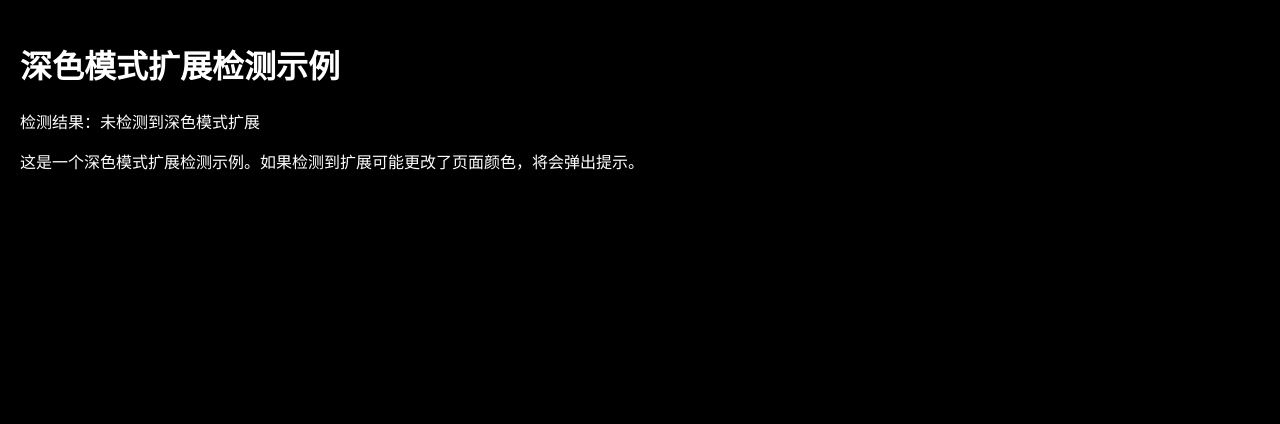
Repository: Lisu-Liso/GXCC
Page: test.html
The author's editor kept a copy of each file at every save. The page is drawn from the files as they stood at one save, then again after the next save.
The browser window is 1280 px wide. The pictures show the whole page.

Above is the page before, as saved 2024-10-27 12:49:25.

### test.html
<!DOCTYPE html>
<html lang="zh">
<head>
    <meta charset="UTF-8">
    <meta name="viewport" content="width=device-width, initial-scale=1.0">
    <title>深色模式扩展检测示例</title>
    <script src="checkdarkmode.js"></script>
    <style>
        body, html {
            margin: 0;
            padding: 0;
            height: 100%;
            overflow: hidden;
            background-color: black;
        }
        #bgCanvas {
            position: fixed;
            top: 0;
            left: 0;
            z-index: -1;
        }
        .content {
            position: relative;
            z-index: 1;
            color: white;
            padding: 20px;
            font-family: Arial, sans-serif;
        }
        @keyframes fadeIn {
            from { opacity: 0; }
            to { opacity: 1; }
        }
        @keyframes slideIn {
            from { transform: translateY(-50px); opacity: 0; }
            to { transform: translateY(0); opacity: 1; }
        }
        .overlay {
            position: fixed;
            top: 0;
            left: 0;
            width: 100%;
            height: 100%;
            background-color: rgba(0, 0, 0, 0.7);
            display: flex;
            justify-content: center;
            align-items: center;
            z-index: 1000;
            animation: fadeIn 0.3s ease-out;
        }
        .modal {
            background-color: white;
            padding: 20px;
            border-radius: 5px;
            text-align: center;
            animation: slideIn 0.3s ease-out;
            color: black;
        }
        .modal button {
            margin-top: 10px;
            padding: 5px 10px;
            cursor: pointer;
            transition: background-color 0.3s, transform 0.1s;
        }
        .modal button:hover {
            background-color: #f0f0f0;
        }
        .modal button:active {
            transform: scale(0.98);
        }
    </style>
</head>
<body>
    <canvas id="bgCanvas"></canvas>
    <div class="content">
        <h1>深色模式扩展检测示例</h1>
        <p>检测结果：<span id="result">正在检测...</span></p>
        <p>这是一个深色模式扩展检测示例。如果检测到扩展可能更改了页面颜色，将会弹出提示。</p>
    </div>

    <script>
        document.addEventListener('DOMContentLoaded', () => {
            // 星空背景代码
            const canvas = document.getElementById('bgCanvas');
            const ctx = canvas.getContext('2d');

            canvas.width = window.innerWidth;
            canvas.height = window.innerHeight;

            const stars = [];

            function Star(x, y, radius, color, speed) {
                this.x = x;
                this.y = y;
                this.radius = radius;
                this.color = color;
                this.speed = speed;
            }

            function init() {
                for (let i = 0; i < 200; i++) {
                    const x = Math.random() * canvas.width;
                    const y = Math.random() * canvas.height;
                    const radius = Math.random() * 2;
                    const color = 'white';
                    const speed = Math.random() * 0.5;

                    stars.push(new Star(x, y, radius, color, speed));
                }
            }

            function drawStars() {
                ctx.clearRect(0, 0, canvas.width, canvas.height);
                ctx.fillStyle = 'rgba(0, 0, 0, 0.8)'; // 深色背景
                ctx.fillRect(0, 0, canvas.width, canvas.height);

                for (let i = 0; i < stars.length; i++) {
                    const star = stars[i];

                    ctx.beginPath();
                    ctx.arc(star.x, star.y, star.radius, 0, Math.PI * 2);
                    ctx.fillStyle = star.color;
                    ctx.fill();
                }
            }

            function updateStars() {
                for (let i = 0; i < stars.length; i++) {
                    const star = stars[i];

                    star.x += star.speed;

                    if (star.x > canvas.width) {
                        star.x = 0;
                    }
                }
            }

            function animate() {
                requestAnimationFrame(animate);

                drawStars();
                updateStars();
            }

            init();
            animate();

            // 深色模式检测代码
            checkDarkModeExtension((isDarkMode) => {
                const resultElement = document.getElementById('result');
                if (isDarkMode) {
                    resultElement.textContent = '检测到可能有深色模式扩展在运行';
                    showDarkModeWarning();
                } else {
                    resultElement.textContent = '未检测到深色模式扩展';
                }
            });
        });

        function showDarkModeWarning() {
            const overlay = document.createElement('div');
            overlay.className = 'overlay';

            const modal = document.createElement('div');
            modal.className = 'modal';
            modal.innerHTML = `
                <h2>检测到深色模式扩展</h2>
                <p>我们检测到您正在使用深色模式扩展。为了获得最佳体验，请关闭该扩展，然后刷新页面。</p>
                <button onclick="refreshPage()">刷新页面</button>
            `;

            overlay.appendChild(modal);
            document.body.appendChild(overlay);
        }

        function refreshPage() {
            location.reload();
        }
    </script>
</body>
</html>

### checkdarkmode.js
function checkDarkModeExtension(callback) {
    const testElement = document.createElement('div');
    testElement.id = 'test-element';
    testElement.style.position = 'absolute';
    testElement.style.top = '-9999px';
    testElement.style.left = '-9999px';
    testElement.style.width = '1px';
    testElement.style.height = '1px';
    testElement.style.backgroundColor = 'rgb(255, 255, 255)';
    document.body.appendChild(testElement);

    // 给扩展一些时间来修改元素
    setTimeout(() => {
        const computedStyle = window.getComputedStyle(testElement);
        const backgroundColor = computedStyle.backgroundColor;
        const textColor = computedStyle.color;

        const isDarkMode = backgroundColor !== 'rgb(255, 255, 255)' || textColor !== 'rgb(0, 0, 0)';

        document.body.removeChild(testElement);

        // 调用回调函数，传递检测结果
        callback(isDarkMode);
    }, 50); // 等待50毫秒
}

// 如果需要在其他文件中使用这个函数，可以将其导出
if (typeof module !== 'undefined' && typeof module.exports !== 'undefined') {
    module.exports = checkDarkModeExtension;
}

After the next save:
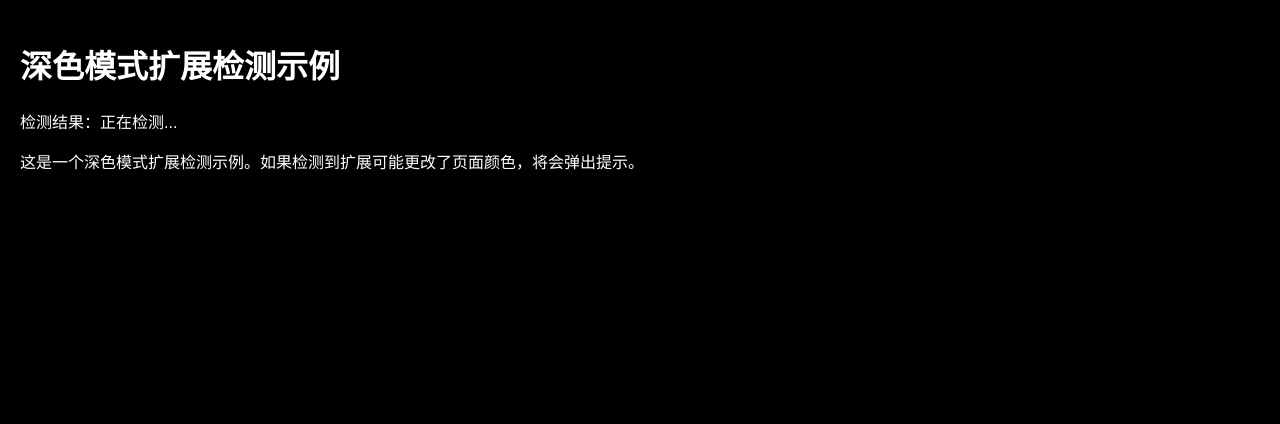
Console error: TypeError: Cannot read properties of null (reading 'getContext')
Saved 2 min 7 s later.
--- a/test.html
+++ b/test.html
@@ -70,7 +70,6 @@
     </style>
 </head>
 <body>
-    <canvas id="bgCanvas"></canvas>
     <div class="content">
         <h1>深色模式扩展检测示例</h1>
         <p>检测结果：<span id="result">正在检测...</span></p>

After the save that followed:
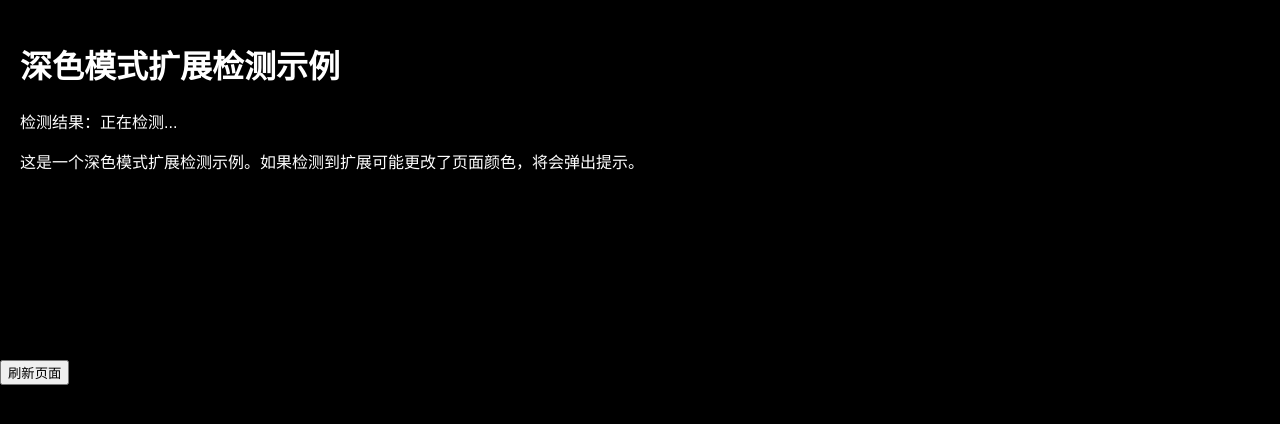
The error is gone.
Saved 8 s later.
--- a/test.html
+++ b/test.html
@@ -76,85 +76,6 @@
         <p>这是一个深色模式扩展检测示例。如果检测到扩展可能更改了页面颜色，将会弹出提示。</p>
     </div>
 
-    <script>
-        document.addEventListener('DOMContentLoaded', () => {
-            // 星空背景代码
-            const canvas = document.getElementById('bgCanvas');
-            const ctx = canvas.getContext('2d');
-
-            canvas.width = window.innerWidth;
-            canvas.height = window.innerHeight;
-
-            const stars = [];
-
-            function Star(x, y, radius, color, speed) {
-                this.x = x;
-                this.y = y;
-                this.radius = radius;
-                this.color = color;
-                this.speed = speed;
-            }
-
-            function init() {
-                for (let i = 0; i < 200; i++) {
-                    const x = Math.random() * canvas.width;
-                    const y = Math.random() * canvas.height;
-                    const radius = Math.random() * 2;
-                    const color = 'white';
-                    const speed = Math.random() * 0.5;
-
-                    stars.push(new Star(x, y, radius, color, speed));
-                }
-            }
-
-            function drawStars() {
-                ctx.clearRect(0, 0, canvas.width, canvas.height);
-                ctx.fillStyle = 'rgba(0, 0, 0, 0.8)'; // 深色背景
-                ctx.fillRect(0, 0, canvas.width, canvas.height);
-
-                for (let i = 0; i < stars.length; i++) {
-                    const star = stars[i];
-
-                    ctx.beginPath();
-                    ctx.arc(star.x, star.y, star.radius, 0, Math.PI * 2);
-                    ctx.fillStyle = star.color;
-                    ctx.fill();
-                }
-            }
-
-            function updateStars() {
-                for (let i = 0; i < stars.length; i++) {
-                    const star = stars[i];
-
-                    star.x += star.speed;
-
-                    if (star.x > canvas.width) {
-                        star.x = 0;
-                    }
-                }
-            }
-
-            function animate() {
-                requestAnimationFrame(animate);
-
-                drawStars();
-                updateStars();
-            }
-
-            init();
-            animate();
-
-            // 深色模式检测代码
-            checkDarkModeExtension((isDarkMode) => {
-                const resultElement = document.getElementById('result');
-                if (isDarkMode) {
-                    resultElement.textContent = '检测到可能有深色模式扩展在运行';
-                    showDarkModeWarning();
-                } else {
-                    resultElement.textContent = '未检测到深色模式扩展';
-                }
-            });
-        });
 
         function showDarkModeWarning() {
             const overlay = document.createElement('div');
